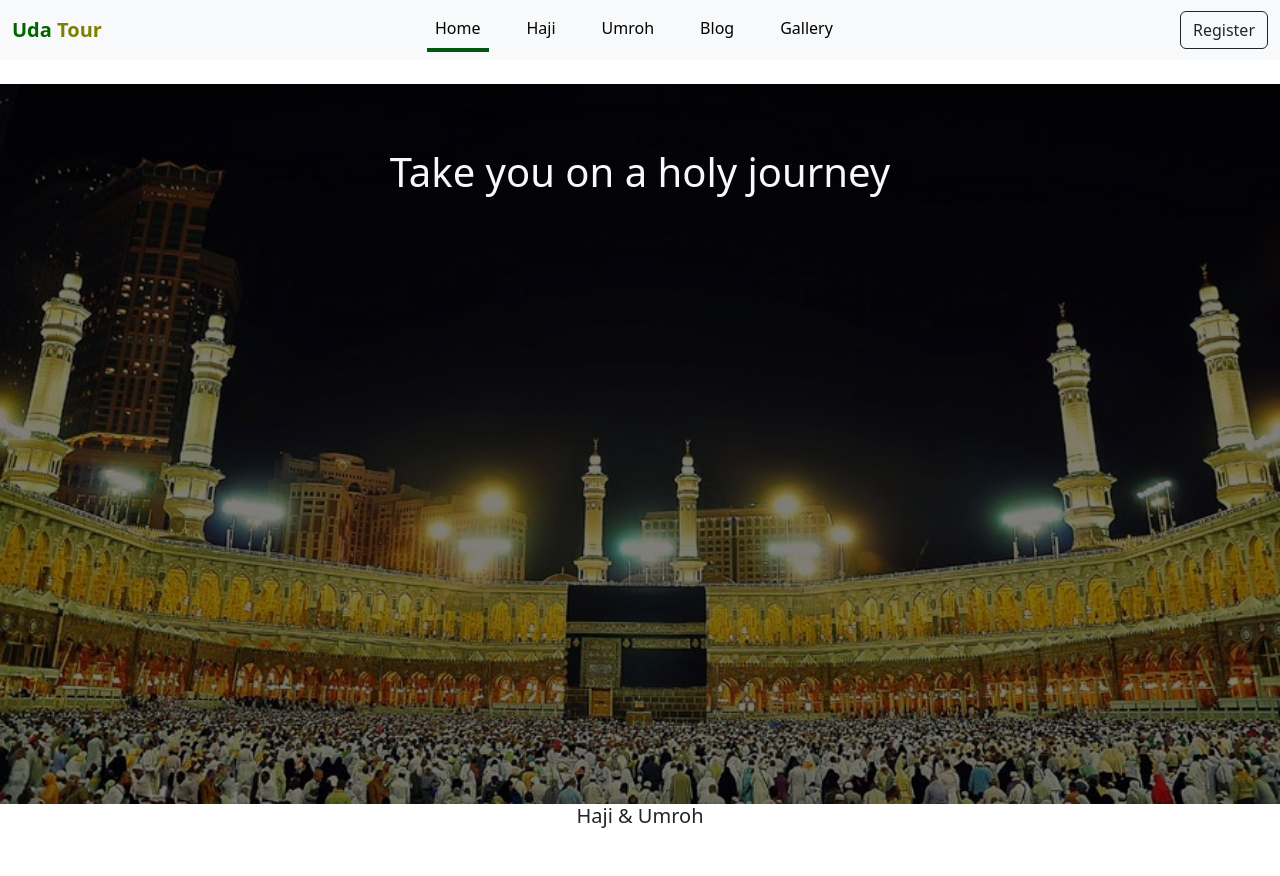
Repository: Putrabobi/Task7
Page: index.html
An editor plug-in stored every save of this project. The page is shown before and after the next save, followed by the edit.
The browser window is 1280 px wide. The pictures show the whole page.

Above is the page before, as saved 2024-03-25 10:46:50.

### index.html
<!DOCTYPE html>
<html lang="en">

<head>
    <meta charset="UTF-8">
    <meta name="viewport" content="width=device-width, initial-scale=1.0">
    <title>Haji & Umroh</title>
    <link href="https://cdn.jsdelivr.net/npm/bootstrap@5.3.3/dist/css/bootstrap.min.css" rel="stylesheet"
        integrity="sha384-QWTKZyjpPEjISv5WaRU9OFeRpok6YctnYmDr5pNlyT2bRjXh0JMhjY6hW+ALEwIH" crossorigin="anonymous">
</head>

<body>
    <nav class="navbar navbar-expand-lg  bg-body-tertiary mb-4">
        <div class="container-fluid">
            <a class="navbar-brand" href="#">
                <span style="color: darkgreen;" class="fw-bold">Uda</span>
                <span style="color: olive;" class="fw-bold">Tour</span>
            </a>

            <button class="navbar-toggler" type="button" data-bs-toggle="collapse"
                data-bs-target="#navbarSupportedContent" aria-controls="navbarSupportedContent" aria-expanded="false"
                aria-label="Toggle navigation">
                <span class="navbar-toggler-icon"></span>
            </button>
            <div class="collapse navbar-collapse" id="navbarSupportedContent">
                <ul class="navbar-nav me-auto mb-2 mb-lg-0 mx-auto">
                    <li class="nav-item" style="margin-right: 30px;">
                        <a class="nav-link active" aria-current="page" href="#"
                            style="border-bottom: 4px solid #00570f; color: #000000;">Home</a>
                    </li>
                    <li class="nav-item" style="margin-right: 30px;">
                        <a class="nav-link" href="#" style="color: #000;">Haji</a>
                    </li>
                    <li class="nav-item" style="margin-right: 30px;">
                        <a class="nav-link disabled" style="color: #000;">Umroh</a>
                    </li>
                    <li class="nav-item" style="margin-right: 30px;">
                        <a class="nav-link disabled" style="color: #000;">Blog</a>
                    </li>
                    <li class="nav-item" style="margin-right: 30px;">
                        <a class="nav-link disabled" style="color: #000;">Gallery</a>
                    </li>
                </ul>
                <button class="btn btn-outline-dark" type="submit">Register</button>
            </div>

        </div>
    </nav>

    <div class="position-relative text-center mb-5">
        <img src="images/mekkah.jpg" style="filter: brightness(50%);" alt="Mekkah" width="100%">
        <h1 class="position-absolute top-0 start-50 translate-middle-x text-light" style="margin-top: 5%;">Take you on a
            holy journey</h1>
        <h5>Haji & Umroh</h5>
    </div>





</body>

</html>

After the next save:
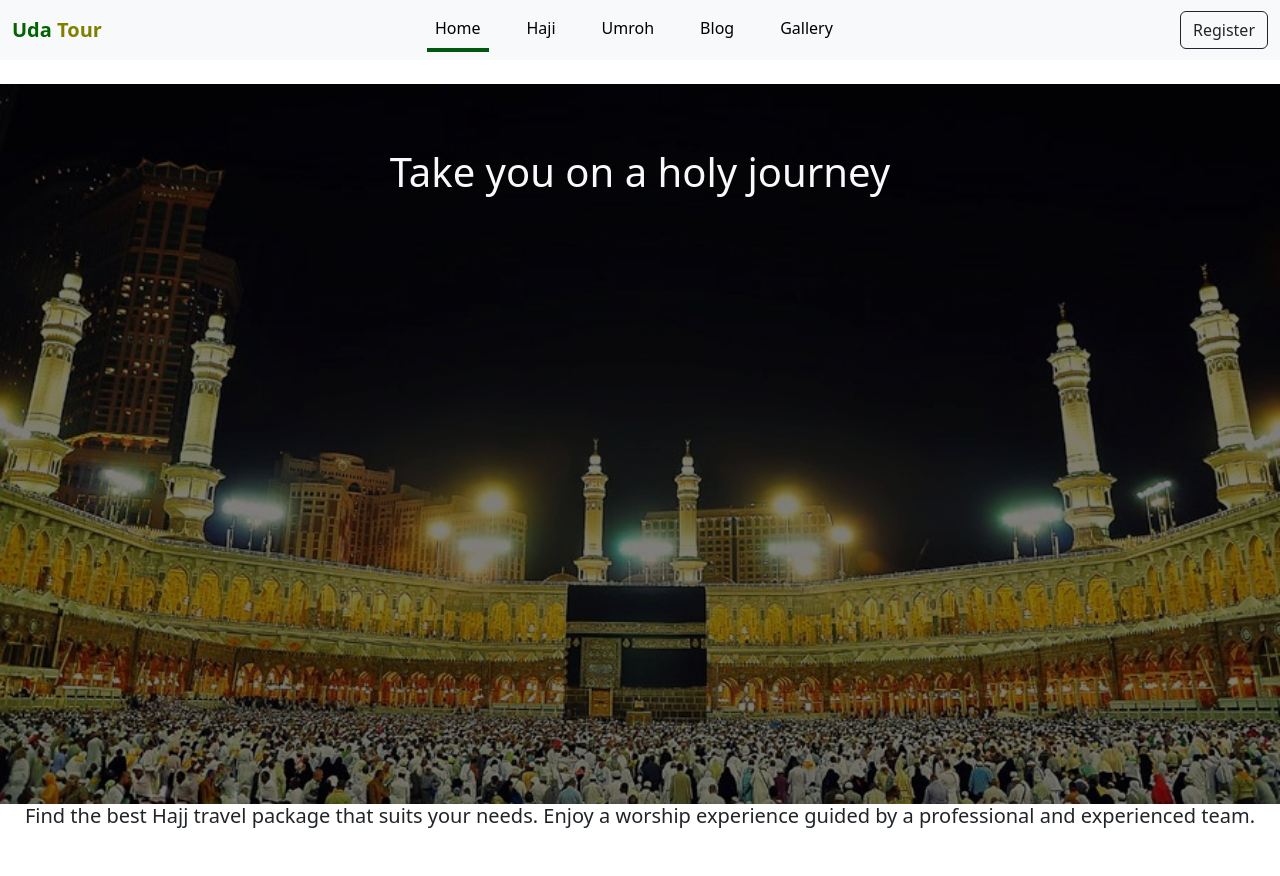
Saved 32 s later.
--- a/index.html
+++ b/index.html
@@ -51,7 +51,9 @@
         <img src="images/mekkah.jpg" style="filter: brightness(50%);" alt="Mekkah" width="100%">
         <h1 class="position-absolute top-0 start-50 translate-middle-x text-light" style="margin-top: 5%;">Take you on a
             holy journey</h1>
-        <h5>Haji & Umroh</h5>
+        <h5>Find the best
+            Hajj travel package that suits your needs. Enjoy a worship experience guided by a professional and experienced
+            team.</h5>
     </div>
 
 
